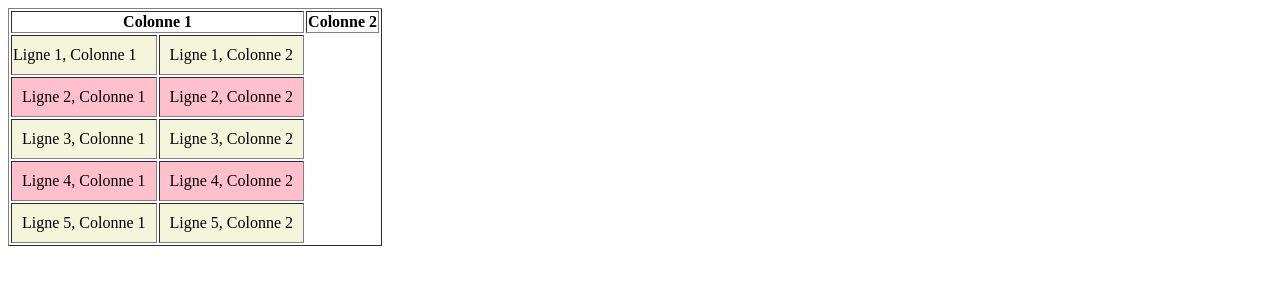
Repository: Chaimaa482/web-tp4
Page: ex1.html
These files come from the project's save history. The page is drawn as it stood at one moment and after the next save; the edit follows.
The browser window is 1280 px wide. The pictures show the whole page.

Above is the page before, as saved 2023-10-22 15:46:05.

After the next save:
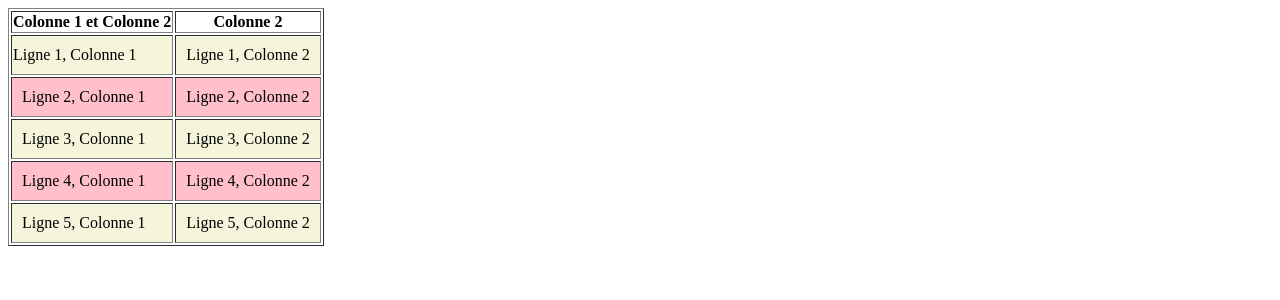
Saved 60 s later.
--- a/ex1.html
+++ b/ex1.html
@@ -34,9 +34,9 @@
         var table = document.getElementById("myTable");
         var cells = table.getElementsByTagName("td");
 
-        var firstRow = table.rows[0];
-        var firstCell = firstRow.cells[0];
-        firstCell.colSpan = 2;
+         var firstRow = table.rows[0];
+    var firstCell = firstRow.cells[0];
+    firstCell.innerHTML = "Colonne 1 et Colonne 2";
 
         // Donner une couleur de fond rose aux lignes paires et beige aux lignes impaires
         var rows = table.querySelectorAll("tr");
